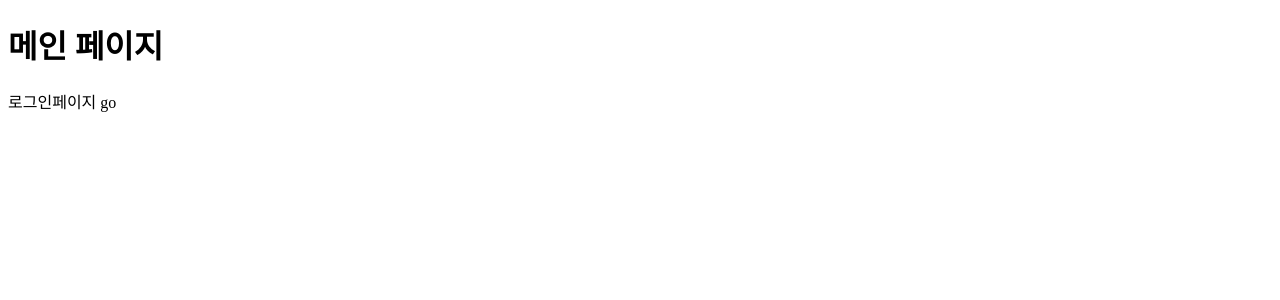
Repository: SeungwanHong/Web-jsp-
Page: http://localhost/Board2_20170406/main.jsp
An editor plug-in stored every save of this project. The page is shown before and after the next save, followed by the edit.
The browser window is 1280 px wide. The pictures show the whole page.
The page is served by Tomcat 9.

Above is the page before, as saved 2017-04-06 05:40:01.

After the next save:
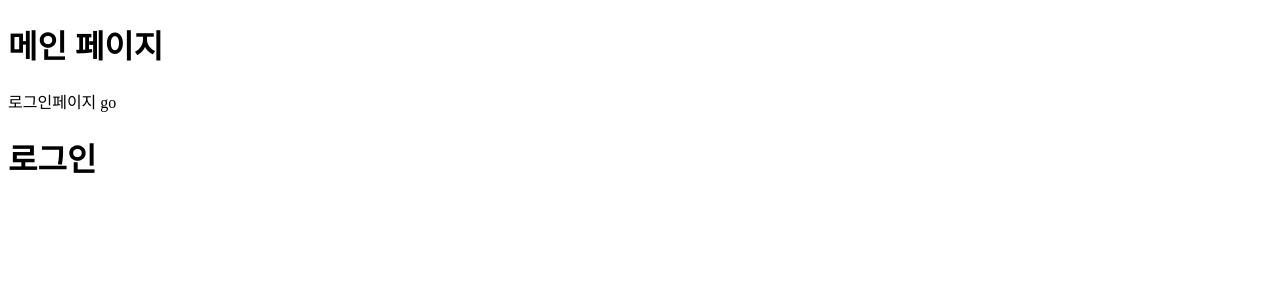
Saved 42 s later.
--- a/Board2_20170406/WebContent/main.jsp
+++ b/Board2_20170406/WebContent/main.jsp
@@ -11,7 +11,10 @@
 <h1>메인 페이지</h1>
 로그인페이지 go
 <% LoginVo loginVo = (LoginVo)session.getAttribute("LOGIN"); %>
-	<% if(loginVo == null){ }%>
-
+	<% if(loginVo == null){ %>
+	<h1>로그인</h1>
+	<%}else{ %>
+	<h1>로그인</h1>
+	<%} %>
 </body>
 </html>
